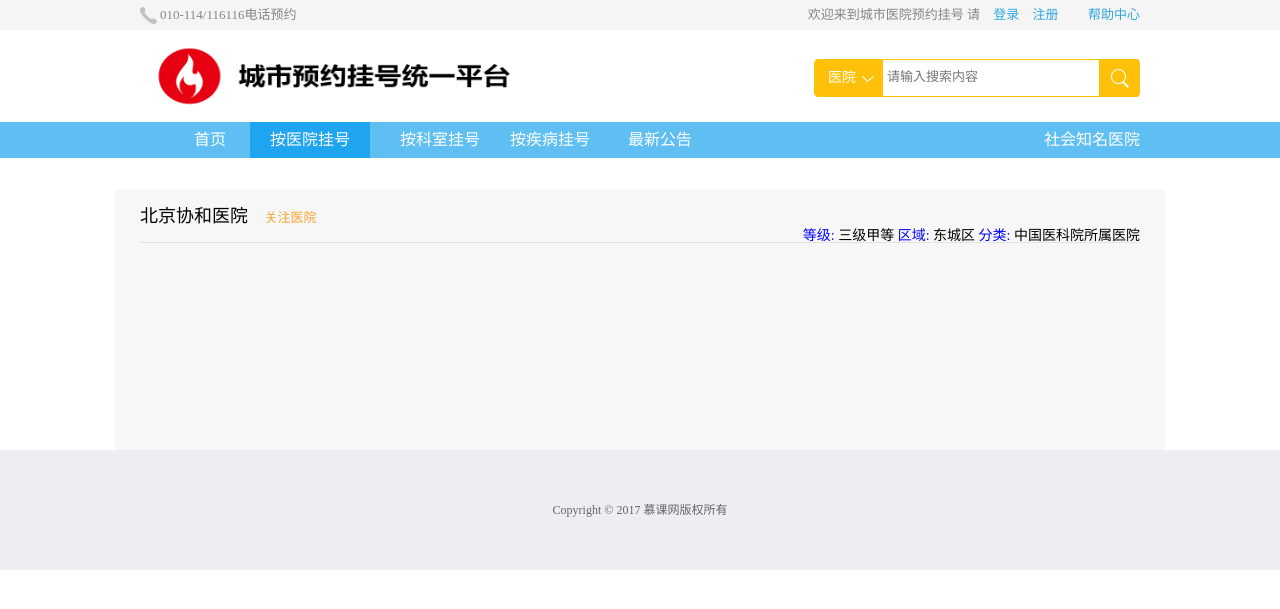
Repository: ScarApocalypse/study
Page: 挂号平台/hospital_detail.html
These files come from the project's save history. The page is drawn as it stood at one moment and after the next save; the edit follows.
The browser window is 1280 px wide. The pictures show the whole page.

Above is the page before, as saved 2019-01-22 22:04:15.

### 挂号平台/hospital_detail.html
<!DOCTYPE html>
<html lang="en">

<head>
    <meta charset="UTF-8">
    <title>城市预约挂号</title>
    <link rel="stylesheet" href="css/layout.css">
    <link rel="stylesheet" type="text/css" href="css/base.css">
    <link rel="stylesheet" type="text/css" href="css/ui.css">
    <link rel="stylesheet" href="css/hosptial.css">
    <link rel="stylesheet" href="css/hospital_detail.css">
    <script type="text/javascript" src="js/jquery-1.7.1.min.js"></script>
    <script type="text/javascript" src="js/data.js"></script>
    <script src="js/hosptial.js"></script>
</head>

<body>
    <!-- 顶部区域 -->
    <div id="top" class="top">
        <div class="wrap">
            <p class="call">010-114/116116电话预约</p>
            <p class="welcome">欢迎来到城市医院预约挂号&nbsp;请&nbsp;<a href="#">登录</a>
                <a href="#">注册</a>
                &nbsp;&nbsp;&nbsp;&nbsp;
                <a href="#">帮助中心</a>
            </p>

        </div>
    </div>
    <!-- 头部区域 -->
    <div id="header" class="header">
        <div class="wrap">
            <a href="index.html" class="logo">
                <img src="img/logo.png">
            </a>
            <div class="search ui-search">
                <div class="ui-search-selected">医院</div>
                <div class="ui-search-selected-list">
                    <a href="#">科室</a>
                    <a href="#">疾病</a>
                    <a href="#">医院</a>

                </div>
                <input class="ui-search-input" type="text" name="search-content" placeholder="请输入搜索内容">
                <a href="#" class="ui-search-submit"></a>
            </div>
        </div>
    </div>
    <!-- 导航栏区域 -->
    <div id="nav" class="nav">
        <div class="wrap">
            <a href="index.html" class="link">首页</a>
            <a href="hosptial.html" class="link link_focus">按医院挂号</a>
            <a href="#" class="link">按科室挂号</a>
            <a href="#" class="link">按疾病挂号</a>
            <a href="#" class="link">最新公告</a>
            <a href="#" class="link right">社会知名医院</a>
        </div>
    </div>
    <!-- 医院信息 -->
    <div class="hospitalDetail wrap">
        <div class="hospitalDetail-title">
            北京协和医院
            <a href="#" class="focus">关注医院</a>
            <div class="hospitalDetail-title-info">
                <span class="header">等级:</span>
                <span class="text">三级甲等</span>
                <span class="header">区域:</span>
                <span class="text">东城区</span>
                <span class="header">分类:</span>
                <span class="text">中国医科院所属医院</span>
            </div>
        </div>
    </div>
    <!-- 页脚区域 -->
    <div id="footer" class="footer">
        Copyright &copy 2017 慕课网版权所有
    </div>
    <!-- 回到顶部 -->
    <!-- <a class="go-top" href="#"></a> -->
    <script type="text/javascript" src="js/ui.js"></script>
</body>

</html>

### 挂号平台/css/layout.css
*{
	margin:0;
	padding:0;
}
.clearfix:after{
	content:' ';
	display: block;
	height:0;
	line-height: 0;
	clear:both;
	zoom:1;
}
.wrap{
	width: 1000px;
	margin:0 auto;
	position: relative;
}
.top{
	height: 30px;
	background-color:#f5f5f5;
}
.header{
	height: 92px;
}
.nav{
	height: 36px;
	background-color:#60bff2;
}
.banner{
	width: 802px;
	margin:0 auto;
	height: 414px;
	padding:9px 0 0 198px;
}
.banner-slider{
	float: left;
	width: 544px;
	height: 414px;
	background-color: #8edff3;
}
.banner-search{
	float:right;
	width:250px;
	height:255px;
	background-color: #eee;
}
.banner-help{
	float: right;
	width: 250px;
	height: 146px;
	background-color: #ccc;
	margin-top:12px;
}
.content{
	padding:10px 0 38px 0;
}
.content-tab{
	float: left;
	width: 742px;
	height: 490px;
	background-color: #eee;
}
.content-close,
.content-news{
	float: right;
	width: 248px;
	height: 236px;
	border:1px solid #ccc;
}
.content-close{
	margin-top:12px;
	border-color:red;
}
.footer{
	height:70px;
	padding:25px;
	background-color: #eceef2;
}

### 挂号平台/css/base.css
p{
	display: inline-block;
}
a{
	text-decoration: none;
}
select,input{
	border:none;
	outline:none;
}
img{
	display: block;
}
/*top样式*/
.top{
	line-height: 30px;
	font-size:13px;
	color:#868686;
}
.top .call{
	float:left;
	padding-left:20px;
	background:url(../img/icon-call.png) no-repeat center left;
}
.top .welcome{
	float: right;
}
.top a{
	color:#2da5e1;
	padding-left:10px;
}
/*header样式*/
.header .logo{
	width: 402px;
	height: 74px;
	padding:9px 0;
	display: inline-block;
}
.header .logo img{
	width: 100%;
	height: 100%;
}
.header .search{
	width: 326px;
	height: 38px;
	position: absolute;
	right:0;
	top:29px;
	background-color: orange;
}
/*nav样式*/
.nav .link{
	display: inline-block;
	float:left;
	padding-left:30px;
	line-height: 36px;
	color:#fff;
	font-size:16px;
	min-width:80px;
	text-align: center;
}
.nav .right{
	float:right;
}
.nav .link_focus{
	color:#fff;
	background-color:#1fa4f0;
	padding:0 20px;
}
.nav a:hover{
	color:#d7f3ff;
}
.nav .menu{
	width: 130px;
	padding-right: 30px;
	background-color: #1fa4f0;
	position: relative;

}
.nav .menu .menu-list{
	position: absolute;
	background-color: #1fa4f0;
	width: 100%;
	height: 423px;
	left: 0;
	top:36px;

}
/*banner内样式*/
.banner-search{
	background-color: #fafafa
}
.banner-help .caption,
.banner-search .caption{
	height: 22px;
	padding:15px 0 15px 0;
	text-align: center;
}
.banner-help .caption .text,
.banner-search .caption .text{
	display: inline-block;
	height: 22px;
	line-height: 22px;
	padding-left:28px;
	color:#fec009;
	font-size:16px;
	background: url(../img/icon-help.png) no-repeat 0 0;
}

.banner-search .form{
	height: 150px;
}
.banner-search .form .line{
	padding-bottom:9px;
	text-align: center;
}
.banner-search .form .line select{
	width: 170px;
	font-size:12px;
	z-index:0;
	border:1px solid #dcdddd;
	height: 26px;
	line-height: 26px;
	padding:2px 0;
	border-radius: 5px;
	color:#666;
}
.banner-search .submit{
	height: 32px;
	text-align: center;
}
.banner-search .submit .button{
	width: 108px;
	height: 32px;
	background-color: #f3cd09;
	font-size: 14px;
	color:#fff;
	border-radius: 3px;
	cursor: pointer;
}
.banner-help{
	background-color: #fafafa;
}
.banner-help .caption .text{
	color:#00b3ea;
	background-position: 0 -23px;
}
.banner-help .link{
	color:#00b3ea;
	display: inline-block;
	width: 86px;
	height: 26px;
	line-height: 26px;
	font-size:14px;
	text-align: center;
	padding:0 0 8px 26px;
}
/*content样式*/

/*content新闻和停诊样式*/
.content-close,
.content-news{
	background-color:#fff;
	border:1px solid #f4f6fa;
}
.content-close .caption,
.content-news .caption{
	height:38px;
	line-height: 38px;
	background-color: #f4f6fa;
	text-indent:20px;
	color:#fec009;
	font-size:15px;
}
.content-close .more,
.content-news .more{
	float: right;
	padding-right: 22px;
	font-size:12px;
	color:#868686;
}
.content-close .list,
.content-news .list{
	padding: 15px 20px 13px 35px;
	line-height: 29px;
	font-size:12px;
	background: url(../img/list-yellow.jpg) 15px 22px no-repeat;
}
.content-close .list .link,
.content-news .list .link{
	display: block;
	color:#969696;
}

.content-close .caption{
	color:#4ab4ed;
}
.content-close .list{
	background: url(../img/list-blue.jpg) 15px 22px no-repeat;

}
/*tab样式*/
.content-tab{
	background: none;
}
.content-tab .caption{
	height: 34px;
	line-height: 34px;
	background-color: #f5f6fa;
}
.content-tab .caption .item{
	display: block;
	width: 112px;
	height: 34px;
	text-align: center;
	float: left;
	color:#00b3ea;
}
.content-tab .caption .item_focus{
	background-color: #60bff2;
	color:#fff;
}
.content .block{
	border:1px solid #f4f6fa;
	height: 452px;
}
.content-tab .block-caption{
	height: 26px;
	line-height: 26px;
	padding:8px;
	border-bottom:1px solid #f4f6fa;
}
.content-tab .block-caption-item{
	display: inline-block;
	padding:0 10px 0 10px;
	font-size:12px;
	color:#4c4948;
}
.content-tab .block-caption-item_focus{
	background-color: #60bff2;
	color:#fff;
}
.content-tab .block-content{
	padding:16px 12px;
}
.content-tab .block-content .block-list .item{
	float: left;
	width:216px;
	height: 102px;
	padding:0 20px 10px 120px;
	position: relative;
	font-size:12px;
}
.content-tab .block-content .block-list .item img{
	width: 110px;
	height: 98px;
	position: absolute;
	left:0;
	top:0;
}
.content-tab .block-content .block-list .item-name{
	color:#036eb7;
	font-size:14px;
	line-height: 21px;
	padding-top:13px;
}
.content-tab .block-content .block-list .item-level{
	float: right;
	font-size:12px;
	color:#979797;
}
.content-tab .block-content .block-list .item-phone,
.content-tab .block-content .block-list .item-address{
	/*font-size:12px;*/
	line-height: 18px;
	padding-bottom:4px;
	color:#666;
}
/*tab文案列表样式*/
.content-tab .block-content .block-text-list{

}
.content-tab .block-content .block-text-list .item{
	width: 351px;
	height: 27px;
	display: block;
	font-size:14px;
	color:#666;
	padding-top:8px;
	float: left;
	border-bottom:1px dashed #dcdddd;

}
.content-tab .block-content .block-text-list .item:nth-child(2n){
	margin-left:13px;
}
.content-tab .block-content .block-text-list .item .level{
	float: right;
	padding-right:10px;
}
.content-tab .block-content .block-more{
	display: block;
	line-height: 55px;
	text-align: center;
	color:#5084c4;
	font-size:14px;
}
/*页脚样式*/
.footer{
	line-height: 70px;
	text-align: center;
	font-size:12px;
	color:#666;
}
.go-top{
	display: block;
	position: fixed;
	width: 40px;
	height: 40px;
	right:2px;
	bottom:2px;
	z-index:99;
	color:#fff;
	background: rgb(102,102,102) url(../img/icon-go-up.png) center no-repeat;
	/*background: red;*/
}
.go-top:hover{
	background: rgb(102,102,102);
}
.go-top:hover:after{
	content:'回到顶部';
	display: block;
	line-height: 20px;
	text-align: center;
}

### 挂号平台/css/ui.css
/*ui-search搜索*/
.ui-search {
	background: url(../img/ui-search.jpg);
	font-size: 14px;
	color: #fff;
	position: relative;
}

.ui-search-selected {
	width: 70px;
	height: 38px;
	line-height: 38px;
	position: absolute;
	left: 0;
	top: 0;
	text-indent: 14px;
}

.ui-search-selected-list {
	display: none;
	position: absolute;
	width: 67px;
	line-height: 24px;
	background-color: #fff;
	box-shadow: 3px 3px 5px rgba(0, 0, 0, .2);
	left: 2px;
	top: 36px;
	z-index: 2;
}

.ui-search-selected-list a {
	display: block;
	text-align: center;
	color: #a5a2a2;
}

.ui-search-selected-list a:hover {
	background-color: #ebeef5;
}

.ui-search-input {
	width: 208px;
	height: 26px;
	position: absolute;
	top: 5px;
	left: 73px;
	line-height: 26px;
	font-size: 13px;
	color: #a5a2a2;
}

.ui-search-submit {
	display: block;
	position: absolute;
	right: 0;
	top: 1px;
	width: 40px;
	height: 36px;
}

/* ui-menu分类菜单 */
.ui-menu{}
.ui-menu-item{
	height: 22px;
	line-height: 22px;
	padding:8px 5px 9px 6px;
	/* margin-left:2px; */
	/* position: relative; */
}
.ui-menu-item:hover{
	background: #fff;
}
.ui-menu-item-department{
	float: left;
	height: 22px;
	line-height: 22px;
	position: relative;
	padding-left:30px;
	font-size:14px;
	color:#fff;
}
.ui-menu-item-department:before{
	content:'';
	display:block;
	width: 22px;
	height: 21px;
	position: absolute;
	left:0;
	top:1px;
	background:url('../img/icon-menu.jpg') -22px 0 no-repeat;
}
.ui-menu-item:nth-child(2) .ui-menu-item-department:before{
	background-position-y:-22px;
}
.ui-menu-item:nth-child(3) .ui-menu-item-department:before{
	background-position-y:-66px;
}
.ui-menu-item-disease{
	font-size: 12px;
	float:right;
	padding-left:5px;
	color:#d7f3ff
}
.ui-menu-item:hover .ui-menu-item-department:before{
	background-position-x: 0;
}
.ui-menu-item:hover .ui-menu-item-department{
	color:#333;
}
.ui-menu-item:hover .ui-menu-item-disease{
	color:#868686;
}
.ui-menu-item:hover .ui-menu-item-detail{
	display: block;
}
.ui-menu-item-detail{
	display:none;
	position: absolute;
	width: 500px;
	height: 393px;
	padding:20px 10px 10px 29px;
	background:#fff url(../img/bg-menu.jpg) center no-repeat;
	top:0;
	left:190px;
	box-shadow:5px 5px 2px rgba(0,0,0,.1);
	z-index:9;

}
.ui-menu-item-detail-group{
	padding-bottom:20px;
	text-align: left;


}
.ui-menu-item-detail-group-caption{
	width: 100%;
	display:block;
	color:#666;
	font-size:16px;
	font-weight:bold;
	line-height: 34px;
	height: 34px;
}
.ui-menu-item-detail-group-list{
	line-height: 23px;
}
.ui-menu-item-detail-group-list a{
	display: inline-block;
	color:#868686;
	margin-right:8px;
	font-size:12px;
	padding-bottom:5px;
}
.ui-menu-item-detail-group-list a:after{
	content:'|';
	color:#eee;
	padding-left:8px;
}
/* ui-slider组件 */
.ui-slider{
	width: 544px;
	height: 414px;
	position: relative;
	overflow: hidden;
}
.ui-slider-wrap{
	width: 99999px;
	height: 414px;
	position: absolute;
	left:0;
	right:0;
	transition:all .5s;
}
.ui-slider-wrap .item{
	display: block;
	float:left;
	width: 544px;
	height: 414px;
}
.ui-slider-arrow{
	width: 544px;
	height: 40px;
	position: absolute;
	/* background: #000;	 */
	top:50%;
	transform: translateY(-50%);
}
.ui-slider-arrow .item{
	display: block;
	width: 40px;
	height: 40px;
	position: absolute;
	top:0;
	background: url(../img/ui-slider-arrow.png) no-repeat;
}
.ui-slider-arrow .left{
	left:0;
}
.ui-slider-arrow .right{
	right:0;
	background-position: -40px 0;
}
.ui-slider-process{
	width: 544px;
	height: 12px;
	text-align: center;
	position: absolute;
	left:0;
	bottom:20px;
}
.ui-slider-process .item{
	display: inline-block;
	width: 16px;
	height: 16px;
	background:url(../img/ui-slider-process.png) no-repeat;

}
.ui-slider-process .item_focus,
.ui-slider-process .item:hover{
	background-position: -23px 0;
}
/* 回到顶部 */
.ui-backTop{
	display: none;
	position: fixed;
	right:2px;
	bottom: 2px;
	z-index: 9;
	width: 40px;
	height: 40px;
	color: #fff;
	background:rgba(102,102,102,.9) url(../img/icon-go-up.png) center no-repeat;
}
.ui-backTop:hover{
	background: rgba(102,102,102,.9);
}
.ui-backTop:hover:after{
	content:'回到顶部';
	display: block;
	line-height: 20px;
	text-align: center;
}

### 挂号平台/css/hosptial.css
/* 筛选区域 */
.filter{
    min-height: 100px;
    background-color: #fbfbfb;
    margin:20px auto;
}
.filter .group{
    padding:15px 60px 15px 180px;
    color:#4c4948;
    font-size:12px;
    line-height: 18px;
    min-height:30px;
    position: relative;
}
.filter .group .caption{
    position: absolute;
    left: 30px;
    top: 21px;
    width: 150px;
}
.filter .group .condition{
   color:#4c4948;
   display: inline-block;
   position: relative;
   margin:6px 24px 6px 0px;
   padding:0 5px;
}
.filter .group .caption .condition{
    position: absolute;
    right:0;
    top: -6px;
}
.filter .group .caption .condition::before,
.filter .group .condition::after{
    content:'';
    display: block;
    width: 1px;
    height: 18px;
    background: #dcdddd;
    position: absolute;
    top:0;
    right:-12px;
}
.filter .group .caption .condition::before{
    left:-12px;
}
.filter .group .condition_focus,
.filter .group .condition:hover{
    color:#fff;
    background-color:#60bff2;
}
/* 医院列表 */
.datalist .item{
    height: 130px;
    padding:23px 0 23px 224px;
    border:1px solid #f4f6fa;
    border-bottom:none;
    position: relative;
}
.datalist .item .cover{
    width: 180px;
    height: 130px;
    position: absolute;
    overflow: hidden;
    left: 15px;
    top: 23px;
}
.datalist .item:hover{
    background-color:#f5fcff;
}
.data .item .cover img{
    width: 100%;
    height: 100%;
}
.datalist .item .name{
    padding:13px 0;
    color:#000;
    font-size:15px;
}
.datalist .item .name .level{
    padding:0 2px 0 14px;
    color:#f7b52c;
    font-size: 12px;
}
.datalist .item .address,
.datalist .item .phone,
.datalist .item .time{
    margin-bottom:8px;
    font-size: 13px;
    color:#888;
    line-height: 17px;
    padding-left:22px;
    background: url(../img/icon-tel.png) no-repeat;
    background-position: 1px -36px;
}
.datalist .item .phone{
    background-position: 1px 0;
}
.datalist .item .address{
    background-position: 1px -17px;
}
.datalist .item .button{
    position: absolute;
    width: 105px;
    height: 37px;
    right: 70px;
    top:76px;
    display: block;
    background:url(../img/button-now.png) no-repeat  center left;
}
.datalist .item .button:hover{
    background-position: center right;
}
/* 分页区域 */
.pagination{
    height: 45px;
    line-height: 25px;
    border:1px solid #f4f6fa;
    text-align: center;
    color:#666;
    font-size:15px;
    margin-bottom:200px;
    padding:10px 0;
    box-sizing: border-box;
}
.pagination .item{
    margin-left:14px;
    color:#666;
    display: inline-block;
}
.pagination .item_icon:hover{
    background-color: #00b3ec;
}
.pagination .item_icon{
    background:url(../img/icon-pagination-arrow.png) no-repeat;
}
.pagination .item_prev{
    background-position: 6px -15px;
}
.pagination .item_prev:hover{
    background-position: -20px -15px;
}
.pagination .item_next{
    background-position: 8px 4px;
}
.pagination .item_next:hover{
    background-position: -18px 4px;
}
.pagination .input_page,
.pagination .item_page,
.pagination .item_icon{
    display: inline-block;
    width: 23px;
    height: 23px;
    line-height: 23px;
    border:solid 1px #dcdddd;
    border-radius:3px;
}
.pagination .item_page_focus{
    background:#00b3ec;
    color:#fff
}
.pagination .input_page{
    width: 45px;
    text-align: center;
}
.pagination .input_submit{
    width: 34px;
    height: 25px;
    display: inline-block;
    margin-left:10px;
    background:url(../img/icon-pagination-go.png);
    vertical-align:middle;
    cursor: pointer;
}

### 挂号平台/css/hospital_detail.css
.hospitalDetail{
    height: 260px;
    background:#f7f7f7;
    margin-top:32px;
    /* padding-left:250px */
    padding:0 25px;
}
.hospitalDetail .hospitalDetail-title{
    font-size:18px;
    height: 52px;
    line-height: 52px;
    border-bottom:1px solid #e2e2e2;
}
.hospitalDetail .hospitalDetail-title .focus{
    color:#f9a533;
    font-size:13px;
    margin-left:12px;
}
.hospitalDetail .hospitalDetail-title .hospitalDetail-title-info{
    float:right;
    margin-top:20px;
    font-size:14px;
}
.hospitalDetail .hospitalDetail-title .hospitalDetail-title-info .header{
    color:#0205ff;
}

### 挂号平台/js/ui.js
//ui-search组件
$.fn.UiSearch = function () {
	var ui = $(this);
	var flag = 0;
	$('.ui-search-selected', ui).on('click', function () {
		if (flag) {
			$('.ui-search-selected-list').hide();
			flag = 0;
		} else {
			$('.ui-search-selected-list').show();
			flag = 1;
		}

		return false;
	});
	$('.ui-search-selected-list a', ui).on('click', function () {
		$('.ui-search-selected').text($(this).text());
		$('.ui-search-selected-list').hide();
		flag = 0;
		return false;
	});
	$('body').on('click', function () {
		if (flag) {
			$('.ui-search-selected-list').hide();
			flag = 0;
		}

	});
};
$.fn.UiSlider = function () {
	var ui = $(this);
	var wrap = $('.ui-slider-wrap');
	var btn_prev = $('.ui-slider-arrow .left', ui);
	var btn_next = $('.ui-slider-arrow .right', ui);
	var items = $('.ui-slider-wrap .item', ui);
	var tips = $('.ui-slider-process .item', ui);
	// 预定义
	var current = 0;
	var size = items.size();
	var width = items.eq(0).width();
	var enableAuto = true;
	// 具体操作
	ui.on('mouseover', function () {
		enableAuto = false;
	}).on('mouseout', function () {
		enableAuto = true;
	});
	wrap
		.on('move_to', function (evt, index) {
			wrap.css('left', index * width * -1);
			tips.removeClass('item_focus').eq(index).addClass('item_focus');
		})
		.on('move_prev', function () {
			if (current <= 0) {
				current = size - 1;
			}
			current = current - 1;
			wrap.triggerHandler('move_to', current);
		})
		.on('move_next', function () {
			if (current == size - 1) {
				current = -1;
			}
			current = current + 1;
			wrap.triggerHandler('move_to', current);
		})
		.on('auto_move', function () {
			setInterval(function () {
				enableAuto && wrap.triggerHandler('move_next');
			}, 2000)
		});
	btn_prev.on('click', function () {
		wrap.triggerHandler('move_prev');
	});
	btn_next.on('click', function () {
		wrap.triggerHandler('move_next');
	});
	wrap.triggerHandler('auto_move');
};
// 级联菜单
$.fn.UiCascading = function () {
	var ui = $(this);
	var selects = $('select', ui);
	selects
		.on('reloadOptions', function () {
			var method = $(this).attr('data-search');
			var args = $(this).attr('data-where').split(',');

			var data = AjaxRemoteGetData[method].apply(this,args);
			var select = $(this);

			select.find('option').remove();
			// console.log(select[0]);
			$.each(data, function (i, item) {
				var el = $('<option value="' + item + '">' + item + '</option>');
				// console.log(el[0]);

				select.append(el);
			});

		})
		.on('change', function () {
			var val = $(this).val();
			var index = selects.index(this);
			// 触发下一个select的更新，根据当前的值
			var where = $(this).attr('data-where');
			where = where ? where.split(',') : [];
			where.push($(this).val());
			selects.eq(index + 1)
				.attr('data-where', where.join(','))
				.triggerHandler('reloadOptions');

			ui.find('select:gt(' + (index + 1) + ')').each(function () {
				$(this)
					.attr('data-where', '')
					.triggerHandler('reloadOptions');
			});


		});

	selects.eq(0).triggerHandler('reloadOptions');

};
$.fn.UiTab=function(header,content,focus_prefix){
	var ui=$(this);
	var tabs=$(header,ui);
	var cons=$(content,ui);
	var focus_prefix=focus_prefix||'';
	tabs.on('click',function(){
		var index=$(this).index();

		tabs.removeClass(focus_prefix+'item_focus').eq(index).addClass(focus_prefix+'item_focus');
		cons.hide().eq(index).show();

	});
};
$.fn.UiBackTop=function(){
	var ui=$(this);

	var el=$('<a class="ui-backTop" href="#"></a>');
	ui.append(el);
	// alert('msg');
	var windowHeight=$(window).height();
	$(window).on('scroll',function(){
		var top=$('html').scrollTop();
		if(top>windowHeight){

			el.show();
		}else{
			el.hide();
		}
	});
};
$(function () {
	console.log("hello");
	$('.ui-search').UiSearch();
	$('.ui-slider').UiSlider();
	$('.ui-cascading').UiCascading();
	$('.content-tab').UiTab('.caption > .item','.block > .item');
	$('.content-tab .block .item').UiTab('.block-caption>a','.block-content > .block-wrap','block-caption-');
	$('body').UiBackTop();
	console.log(AjaxRemoteGetData.getDistinctArea());
});

Loaded but not shown: 挂号平台/js/jquery-1.7.1.min.js (library); 挂号平台/js/hosptial.js (145 lines, source omitted); 挂号平台/js/data.js (172 lines, source omitted)

After the next save:
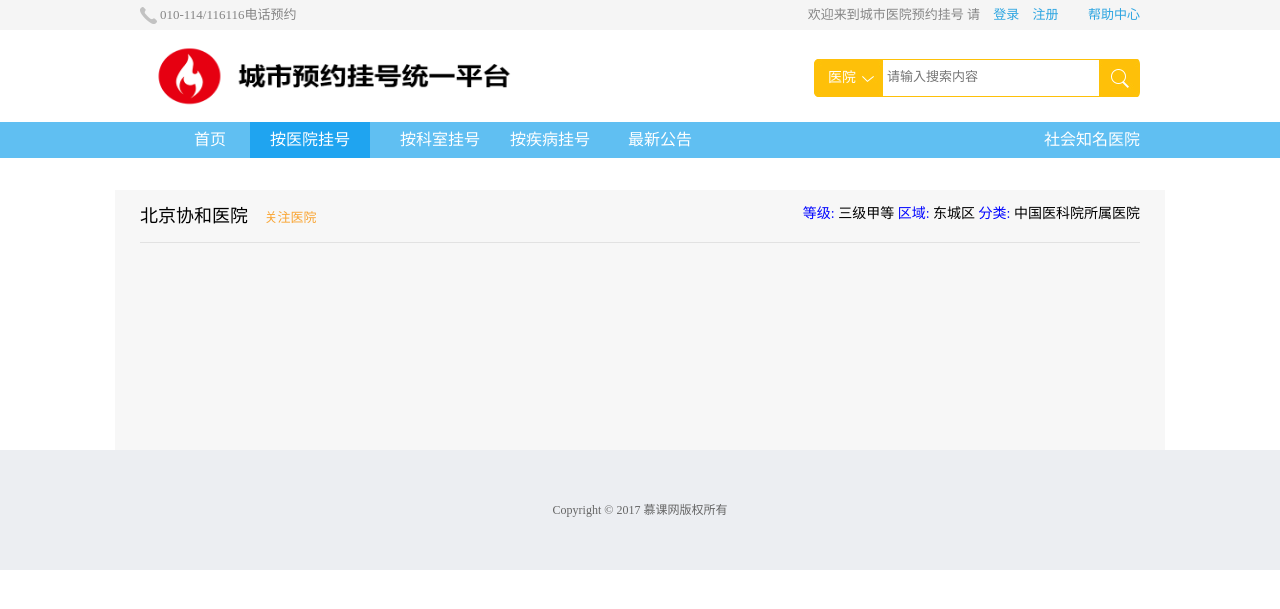
Saved 21 s later.
--- a/挂号平台/css/hospital_detail.css
+++ b/挂号平台/css/hospital_detail.css
@@ -18,7 +18,7 @@
 }
 .hospitalDetail .hospitalDetail-title .hospitalDetail-title-info{
     float:right;
-    margin-top:20px;
+    margin-top:-2px;
     font-size:14px;
 }
 .hospitalDetail .hospitalDetail-title .hospitalDetail-title-info .header{
